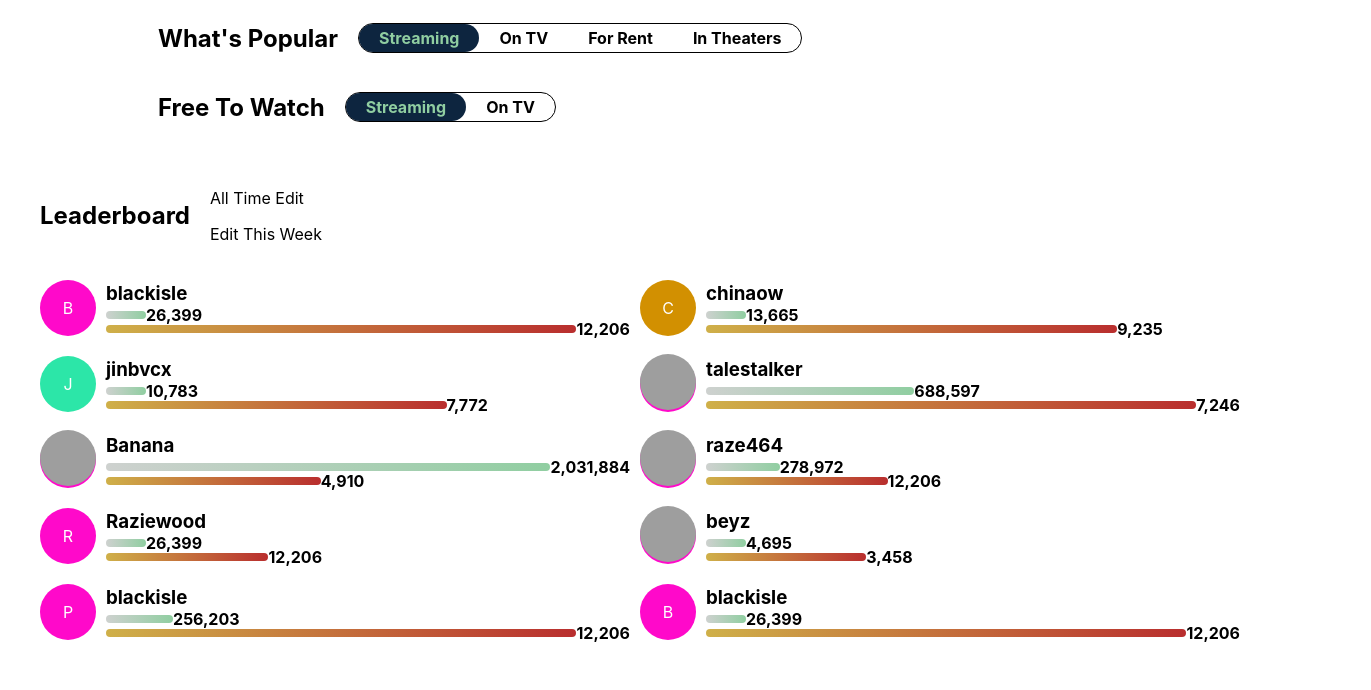
Repository: Fauzaanmhmd/qnpTesFrontend
Page: /
The author's editor kept a copy of each file at every save. The page is drawn from the files as they stood at one save, then again after the next save.
The browser window is 1280 px wide. The page is 1371 px wide, so the pictures cover 1371 px, including what lies to the right of the window. The pictures show the part of the page from y = 364 to 1054 px (the page is 1054 px tall).
Pictures or frames that could not be fetched are drawn as grey boxes. The page's requests for data from a server got no answer. The project was rebuilt for these pictures with package versions that can differ from the ones it lists, and the page was loaded fresh each time. The framework's server and built-in components were replaced by stand-ins that run in the browser. No one was signed in, and anything a server would have sent is missing. Also part of the build but not shown: next.config.js, styles/Moviecard.module.scss, pages/components/Moviecard.tsx.

Above is the page before, as saved 2022-03-20 23:51:36.

### styles/Home.module.scss
@import "./utils/utils.scss";

.container {
    width: 100%;
    display: flex;
    flex-wrap: wrap;
    align-content: flex-start;
    justify-content: center;
    background-color: #fff;
}

.RenderMovie {
    display: flex;
    align-items: center;
    flex-wrap: nowrap;
    flex-direction: row;
    margin-top: 8px;
    margin: 0 0 0 2rem;
    max-width: 100%;
    overflow-x: auto;
}

.ColumnWrapper {
    width: 100%;
    display: flex;
    justify-content: center;
    align-items: flex-start;
    align-content: flex-start;

    h2 {
        margin-right: 20px;
    }
}

.ContentWrapper {
    max-width: var(--maxPrimaryPageWidth);
    width: 100%;
    display: flex;
    align-items: flex-start;
    align-content: flex-start;
    padding: 0 110px 0 110px;
}

.Column {
    width: 100%;
}

.ColumnHeader {
    display: flex;
    justify-content: flex-start;
    align-items: center;
    align-content: center;
    padding-left: 3rem;
}

.active {
    background-color: $darkblue;
    border-radius: 30px;
    color: $lightgreen;
}

.Selector {
    display: flex;
    justify-content: flex-start;
    align-items: stretch;
    align-content: center;
    border: 1px solid black;
    border-radius: 30px;

    h3 {
        margin: 0;
        padding: 4px 20px;
        display: inline-flex;
        align-content: center;
        align-items: center;
        justify-content: center;
        font-size: 1em;
        margin-bottom: 0;
        white-space: nowrap;

        a {
            cursor: pointer;
        }
    }
}

.Acnhor {
    position: relative;
    top: 0;
    left: 0;
    z-index: 1;
}

### pages/components/Navbar.tsx
import styles from "../../styles/Navbar.module.scss"
import { ImPlus } from "react-icons/im";
import { IoIosNotifications } from "react-icons/io";
import { IoMdSearch } from "react-icons/io";
import { useState } from "react";


const Navbar = () => {
    const [showPlus, setShowPlus] = useState(false)

    const submitPlus = () => {
        setShowPlus(true)
    }

    return (
        <div className={styles.Navbar}>
            <div className={styles.MenuBar}>
                <ul className={styles.NavbarItem}>
                    <li><img src="https://www.themoviedb.org/assets/2/v4/logos/v2/blue_short-8e7b30f73a4020692ccca9c88bafe5dcb6f8a62a4c6bc55cd9ba82bb2cd95f6c.svg" /></li>
                    <li><a>Movies</a>
                        <div className={styles.Submenu}>
                            <ul>
                                <li>Popular</li>
                                <li>Now Playing</li>
                                <li>Upcoming</li>
                                <li>Top Rated</li>
                            </ul>
                        </div>
                    </li>
                    <li><a>TV Shows</a>
                        <div className={styles.Submenu}>
                            <ul>
                                <li>Popular</li>
                                <li>Now Playing</li>
                                <li>Upcoming</li>
                                <li>Top Rated</li>
                            </ul>
                        </div>
                    </li>
                    <li><a>People</a>
                        <div className={styles.Submenu}>
                            <ul>
                                <li>Popular</li>
                            </ul>
                        </div>
                    </li>
                    <li><a>More</a>
                        <div className={styles.Submenu}>
                            <ul>
                                <li>Discussion</li>
                                <li>Leaderbord</li>
                                <li>Support</li>
                                <li>API</li>
                            </ul>
                        </div>
                    </li>
                </ul>
            </div>
            <div className={styles.MenuBar}>
                <ul className={styles.NavbarIcon}>
                    <li><a onClick={submitPlus}><ImPlus /></a>
                        {
                            showPlus &&
                            <div className={styles.Submenu}>
                                <ul>
                                    <li>Add New Movie</li>
                                    <li>Add New Movie</li>
                                </ul>
                            </div>
                        }
                    </li>
                    <li><a>EN</a>
                        <div className={styles.Submenu}>
                            <ul>
                                <li>Add New Movie</li>
                                <li>Add New Movie</li>
                            </ul>
                        </div>
                    </li>
                    <li className={styles.SubIcon}><a><IoIosNotifications /></a>
                        <div className={styles.Submenu}>
                            <ul>
                                <li><p>Unread Notifications</p></li>
                            </ul>
                        </div>
                    </li>
                    <li className={styles.SubIcon}><a><IoMdSearch /></a>
                        <div className={styles.Submenu}>
                            <ul>
                                <li><p>Unread Notifications</p></li>
                            </ul>
                        </div>
                    </li>
                </ul>
            </div>
        </div>
    )
}

export default Navbar

### pages/components/Banner.tsx
import styles from "../../styles/Banner.module.scss"

const Banner = () => {
    return (
        <div className={styles.container}>
            <div className={styles.BannerImg}>
                <img src="https://www.themoviedb.org/t/p/w1920_and_h600_multi_faces_filter(duotone,032541,01b4e4)/sfjqJDmNqMIImO5khiddb9TARvO.jpg" />
            </div>
            <div className={styles.MediaWrap}>
                <div className={styles.title}>
                    <h1>Welcome</h1>
                    <h2>Millions of movies, TV shows and people to discover. Explore now.</h2>
                    <form>
                        <label>
                            <input className={styles.inputSearch} type="text" placeholder="Seach for a movie, tv show, person....." />
                            <input className={styles.inputSubmit} type="submit" value="Search" />
                        </label>
                    </form>
                </div>
            </div>
        </div>
    )
}

export default Banner

### pages/Leaderboard.tsx
import styles from "../styles/Leaderboard.module.scss"

const Leaderboard = () => {
    return (
        <section className={styles.Container}>
            <div className={styles.ColumnWrapper}>
                <div className={styles.Column}>
                    <div className={styles.ColumnHeader}>
                        <h2>Leaderboard</h2>
                        <div className={styles.HeaderEdit}>
                            <span><p>All Time Edit</p></span>
                            <span><p>Edit This Week</p></span>
                        </div>
                    </div>
                    <div className={styles.Content}>
                        <ol className={styles.Leaderboard}>
                            <li>
                                <span className={styles.avatar}>
                                    <a href="https://www.themoviedb.org/u/blackisle">
                                        <span>B</span>
                                    </a>
                                </span>
                                <div className={styles.data}>
                                    <h3>
                                        <a href="https://www.themoviedb.org/u/blackisle">blackisle</a>
                                    </h3>
                                    <div className={styles.meter}>
                                        <div className={styles.gauge}>
                                        </div>
                                        <h4>26,399</h4>
                                    </div>
                                    <div className={styles.meterThisWeek}>
                                        <div className={styles.gaugeThisWeek}>
                                        </div>
                                        <h4>12,206</h4>
                                    </div>
                                </div>
                            </li>
                            <li>
                                <span className={styles.avatarC}>
                                    <a href="https://www.themoviedb.org/u/chinaow">
                                        <span>C</span>
                                    </a>
                                </span>
                                <div className={styles.data}>
                                    <h3>
                                        <a href="https://www.themoviedb.org/u/chinaow">chinaow</a>
                                    </h3>
                                    <div className={styles.meter}>
                                        <div className={styles.gauge}>
                                        </div>
                                        <h4>13,665</h4>
                                    </div>
                                    <div className={styles.meterThisWeek}>
                                        <div className={styles.gaugeThisWeekC}>
                                        </div>
                                        <h4>9,235</h4>
                                    </div>
                                </div>
                            </li>
                            <li>
                                <span className={styles.avatarJ}>
                                    <a href="https://www.themoviedb.org/u/jinbvcx">
                                        <span>J</span>
                                    </a>
                                </span>
                                <div className={styles.data}>
                                    <h3>
                                        <a href="https://www.themoviedb.org/u/jinbvcx">jinbvcx</a>
                                    </h3>
                                    <div className={styles.meter}>
                                        <div className={styles.gauge}>
                                        </div>
                                        <h4>10,783</h4>
                                    </div>
                                    <div className={styles.meterThisWeek}>
                                        <div className={styles.gaugeThisWeekJ}>
                                        </div>
                                        <h4>7,772</h4>
                                    </div>
                                </div>
                            </li>
                            <li>
                                <span className={styles.avatar}>
                                    <a href="https://www.themoviedb.org/u/talestalker">
                                        <img src="https://www.themoviedb.org/t/p/w64_and_h64_face/hjvyN4SrXqXy316GkbOshW8sGXJ.jpg" />
                                    </a>
                                </span>
                                <div className={styles.data}>
                                    <h3>
                                        <a href="https://www.themoviedb.org/u/talestalker">talestalker</a>
                                    </h3>
                                    <div className={styles.meter}>
                                        <div className={styles.gaugeT}>
                                        </div>
                                        <h4>688,597</h4>
                                    </div>
                                    <div className={styles.meterThisWeek}>
                                        <div className={styles.gaugeThisWeek}>
                                        </div>
                                        <h4>7,246</h4>
                                    </div>
                                </div>
                            </li>
                            <li>
                                <span className={styles.avatar}>
                                    <a href="https://www.themoviedb.org/u/banana_girl">
                                        <img src="https://www.themoviedb.org/t/p/w64_and_h64_face/A1pIXQZD86MzfP5pvr37C68YiGv.jpg" />
                                    </a>
                                </span>
                                <div className={styles.data}>
                                    <h3>
                                        <a href="https://www.themoviedb.org/u/banana_girl">Banana</a>
                                    </h3>
                                    <div className={styles.meter}>
                                        <div className={styles.gaugeB}>
                                        </div>
                                        <h4>2,031,884</h4>
                                    </div>
                                    <div className={styles.meterThisWeek}>
                                        <div className={styles.gaugeThisWeekB}>
                                        </div>
                                        <h4>4,910</h4>
                                    </div>
                                </div>
                            </li>
                            <li>
                                <span className={styles.avatar}>
                                    <a href="https://www.themoviedb.org/u/raze464">
                                        <img src="https://www.themoviedb.org/t/p/w64_and_h64_face/yYG7Rhn9HfFpssIMeNiDynvxC14.jpg" />
                                    </a>
                                </span>
                                <div className={styles.data}>
                                    <h3>
                                        <a href="https://www.themoviedb.org/u/raze464">raze464</a>
                                    </h3>
                                    <div className={styles.meter}>
                                        <div className={styles.gaugeR}>
                                        </div>
                                        <h4>278,972</h4>
                                    </div>
                                    <div className={styles.meterThisWeek}>
                                        <div className={styles.gaugeThisWeekR}>
                                        </div>
                                        <h4>12,206</h4>
                                    </div>
                                </div>
                            </li>
                            <li>
                                <span className={styles.avatar}>
                                    <a href="https://www.themoviedb.org/u/RazieWod">
                                        <span>R</span>
                                    </a>
                                </span>
                                <div className={styles.data}>
                                    <h3>
                                        <a href="/u/blackisle">Raziewood</a>
                                    </h3>
                                    <div className={styles.meter}>
                                        <div className={styles.gauge}>
                                        </div>
                                        <h4>26,399</h4>
                                    </div>
                                    <div className={styles.meterThisWeek}>
                                        <div className={styles.gaugeThisWeekRW}>
                                        </div>
                                        <h4>12,206</h4>
                                    </div>
                                </div>
                            </li>
                            <li>
                                <span className={styles.avatar}>
                                    <a href="/u/blackisle">
                                        <img src="https://www.gravatar.com/avatar/15707feae4530e41c95f8a2350dd575b.jpg?s=64" />
                                    </a>
                                </span>
                                <div className={styles.data}>
                                    <h3>
                                        <a href="/u/blackisle">beyz</a>
                                    </h3>
                                    <div className={styles.meter}>
                                        <div className={styles.gauge}>
                                        </div>
                                        <h4>4,695</h4>
                                    </div>
                                    <div className={styles.meterThisWeek}>
                                        <div className={styles.gaugeThisWeekBz}>
                                        </div>
                                        <h4>3,458</h4>
                                    </div>
                                </div>
                            </li>
                            <li>
                                <span className={styles.avatar}>
                                    <a href="https://www.themoviedb.org/u/pingu51">
                                        <span>P</span>
                                    </a>
                                </span>
                                <div className={styles.data}>
                                    <h3>
                                        <a href="https://www.themoviedb.org/u/pingu51">blackisle</a>
                                    </h3>
                                    <div className={styles.meter}>
                                        <div className={styles.gaugeP}>
                                        </div>
                                        <h4>256,203</h4>
                                    </div>
                                    <div className={styles.meterThisWeek}>
                                        <div className={styles.gaugeThisWeek}>
                                        </div>
                                        <h4>12,206</h4>
                                    </div>
                                </div>
                            </li>
                            <li>
                                <span className={styles.avatar}>
                                    <a href="/u/blackisle">
                                        <span>B</span>
                                    </a>
                                </span>
                                <div className={styles.data}>
                                    <h3>
                                        <a href="/u/blackisle">blackisle</a>
                                    </h3>
                                    <div className={styles.meter}>
                                        <div className={styles.gauge}>
                                        </div>
                                        <h4>26,399</h4>
                                    </div>
                                    <div className={styles.meterThisWeek}>
                                        <div className={styles.gaugeThisWeek}>
                                        </div>
                                        <h4>12,206</h4>
                                    </div>
                                </div>
                            </li>
                        </ol>
                    </div>
                </div>
            </div>
        </section>
    )
}

export default Leaderboard

### styles/utils/utils.scss
@import "./color.scss";

### styles/utils/color.scss
$lightgreen : #90cea1;
$white: #FFFFFF;
$lightblue: #01b4e4;
$darkblue: #0d253f;
$pink: #ff09ca;
$lightergreen: #ced1cf ;
$logoorange: #cfb049 ;
$logored: #b92e2e;
$accountTeal: #2ce6a8;

### styles/Navbar.module.scss
@import "./utils/utils.scss";

.Navbar {
    display: flex;
    justify-content: space-between;
    background-color: $darkblue;
    width: 100%;
    height: 4rem;
    align-items: center;
    padding: 0 6rem 0 6rem;
}

.MenuBar {
    text-align: center;
}

.MenuBar ul {
    display: inline-flex;
    list-style: none;
}

.MenuBar ul li {
    padding: 1rem;
}

.NavbarItem {
    display: flex;

    img {
        width: 154px;
        height: 20px;
    }
}

.NavbarIcon {
    display: flex;
    justify-content: center;
}

.SubIcon {
    a {
        svg {
            width: 24px;
            height: 24px;
        }
    }
}

.Submenu {
    display: none;
}

.MenuBar ul li:hover .Submenu {
    display: block;
    position: absolute;
    background-color: $white;
    margin-top: 10px;
    margin-left: -15px;
    width: 13rem;
}

.Submenu {
    li {
        cursor: pointer;
    }
}

.MenuBar li a {
    cursor: pointer;
    text-decoration: none;
    color: $white;
}

.MenuBar ul li:hover .Submenu ul {
    display: block;
    margin: 10px;
}

.MenuBar ul li:hover .Submenu ul {
    padding: 5px;
    background: transparent;
    text-align: left;
}

### styles/Banner.module.scss
@import "./utils/utils.scss";

.container {
    display: flex;
    flex-wrap: wrap;
    justify-content: center;
    width: 100%;
    box-sizing: border-box;
}

.BannerImg {
    img {
        width: 1300px;
        height: 300px;
    }
}

.MediaWrap {
    width: 100%;
    display: flex;
    align-items: flex-start;
    align-content: flex-start;
    padding-left: 10rem;
    padding-top: 4rem;
    position: absolute;
}

.title {
    color: $white;
    h1 {
        margin-bottom: 0;
    }

    h2 {
        margin-top: 0;
    }

    form {
        margin-top: 30px;
        position: relative;
        top: 0;
        left: 0;
    }
}


.inputSearch {
    height: 46px;
    width: 1210px;
    height: 46px;
    line-height: 46px;
    font-size: 1.1em;
    color: rgba(0,0,0,0.5);
    border: none;
    border-radius: 30px;
    padding: 10px 20px;
    outline: none;
}

.inputSubmit {
    display: inline-flex;
    justify-content: center;
    align-content: center;
    align-items: center;
    height: 46px;
    padding: 10px 26px;
    border: none;
    background: $lightblue;
    border-radius: 30px;
    position: absolute;
    top: 0;
    right: -1px;
    color: #fff;
    cursor: pointer;
}

Loaded but not shown: pages/_app.tsx (common file); styles/globals.scss (common file); pages/index.tsx (147 lines, source omitted); styles/Leaderboard.module.scss (252 lines, source omitted)

After the next save:
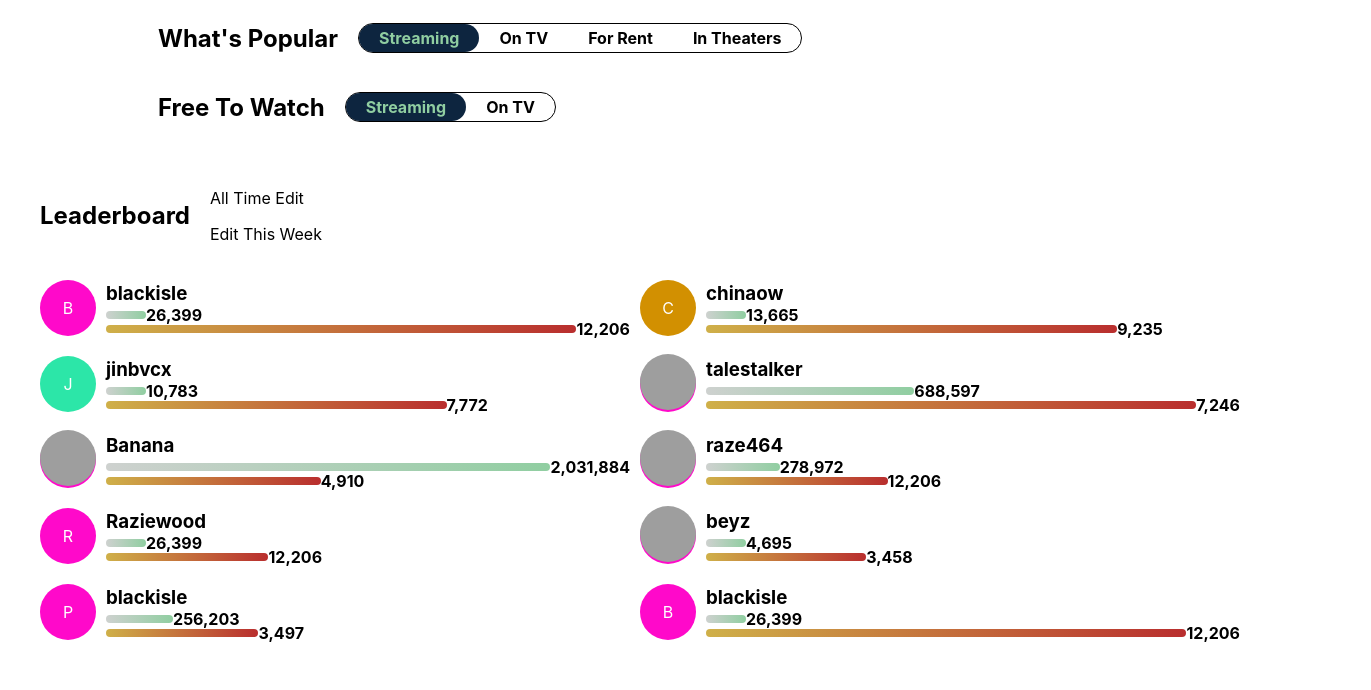
Saved 1 s later.
--- a/pages/Leaderboard.tsx
+++ b/pages/Leaderboard.tsx
@@ -206,9 +206,9 @@
                                         <h4>256,203</h4>
                                     </div>
                                     <div className={styles.meterThisWeek}>
-                                        <div className={styles.gaugeThisWeek}>
-                                        </div>
-                                        <h4>12,206</h4>
+                                        <div className={styles.gaugeThisWeekP}>
+                                        </div>
+                                        <h4>3,497</h4>
                                     </div>
                                 </div>
                             </li>
